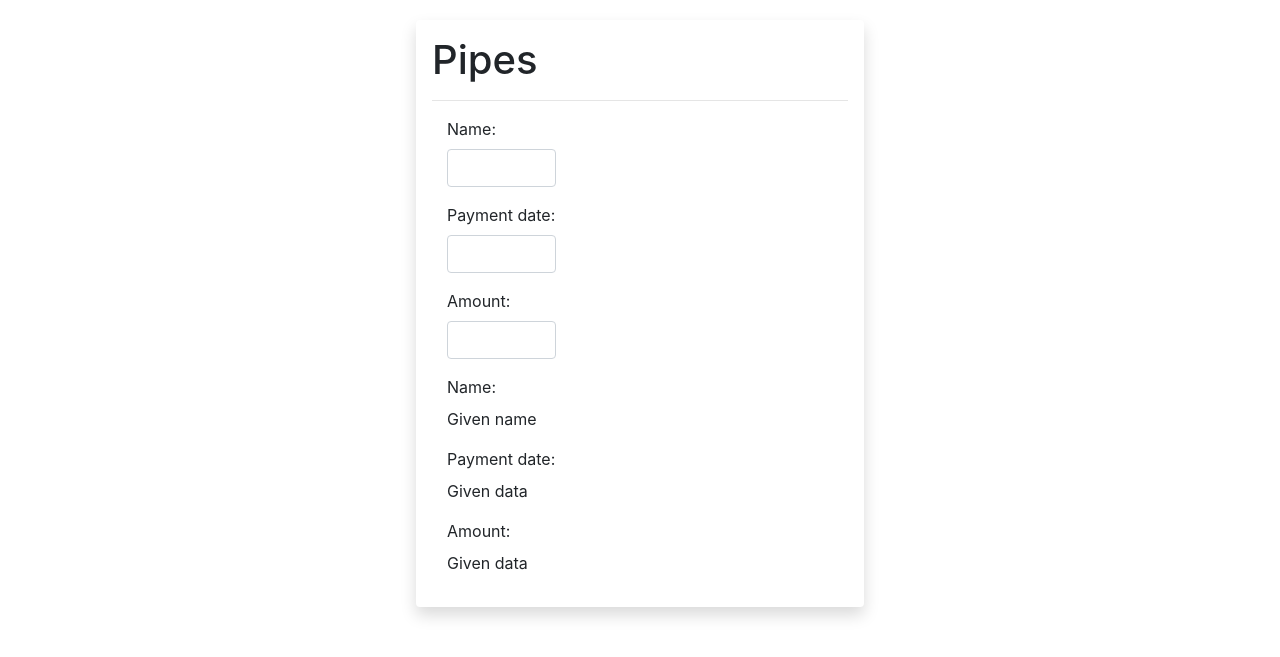
Repository: Evincars/udemy-angular
Page: / (app in pipes/)
The author's editor kept a copy of each file at every save. The page is drawn from the files as they stood at one save, then again after the next save.
The browser window is 1280 px wide. The pictures show the whole page.
The project was rebuilt for these pictures with package versions that can differ from the ones it lists, and the page was loaded fresh each time. Also part of the build but not shown: pipes/angular.json.

Above is the page before, as saved 2020-04-05 10:15:23.

After the next save:
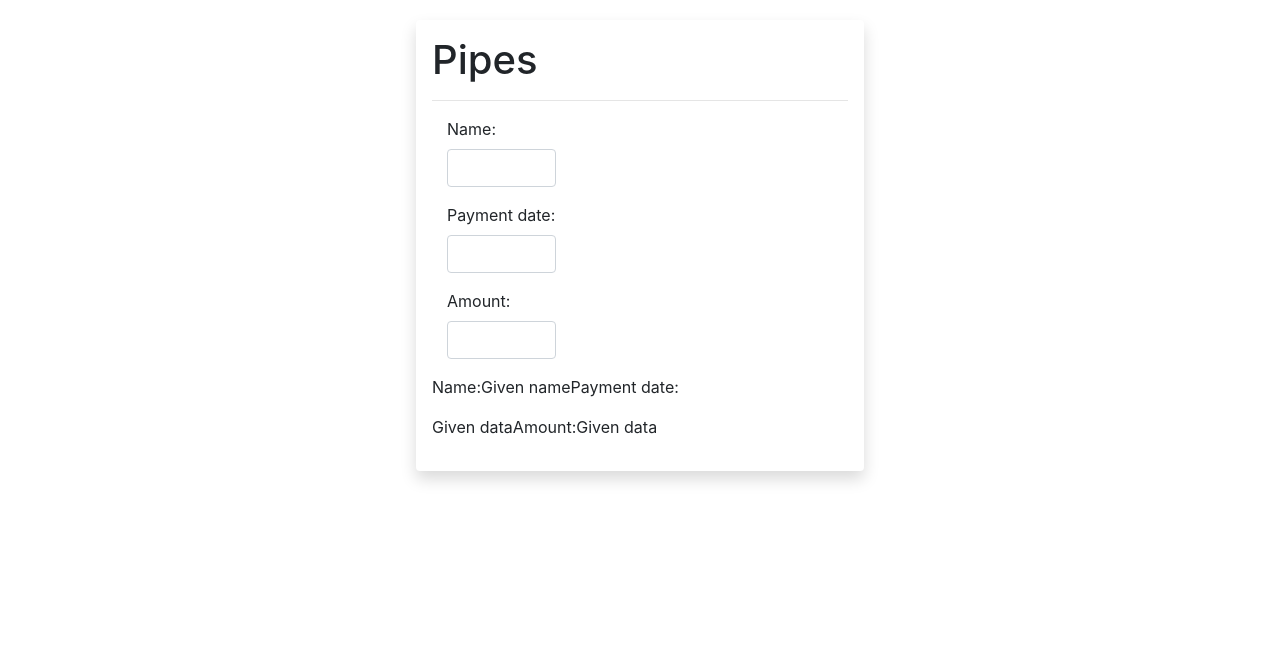
Saved 14 s later.
--- a/pipes/src/app/app.component.html
+++ b/pipes/src/app/app.component.html
@@ -18,11 +18,14 @@
     <!-- </form> -->
   </div>
   <div class="col-md-8">
+    <div class="row">
       <label>Name:</label>
       <p>Given name</p>
       <label>Payment date:</label>
       <p>Given data</p>
       <label>Amount:</label>
       <p>Given data</p>
+
+    </div>
   </div>
 </div>

After the save that followed:
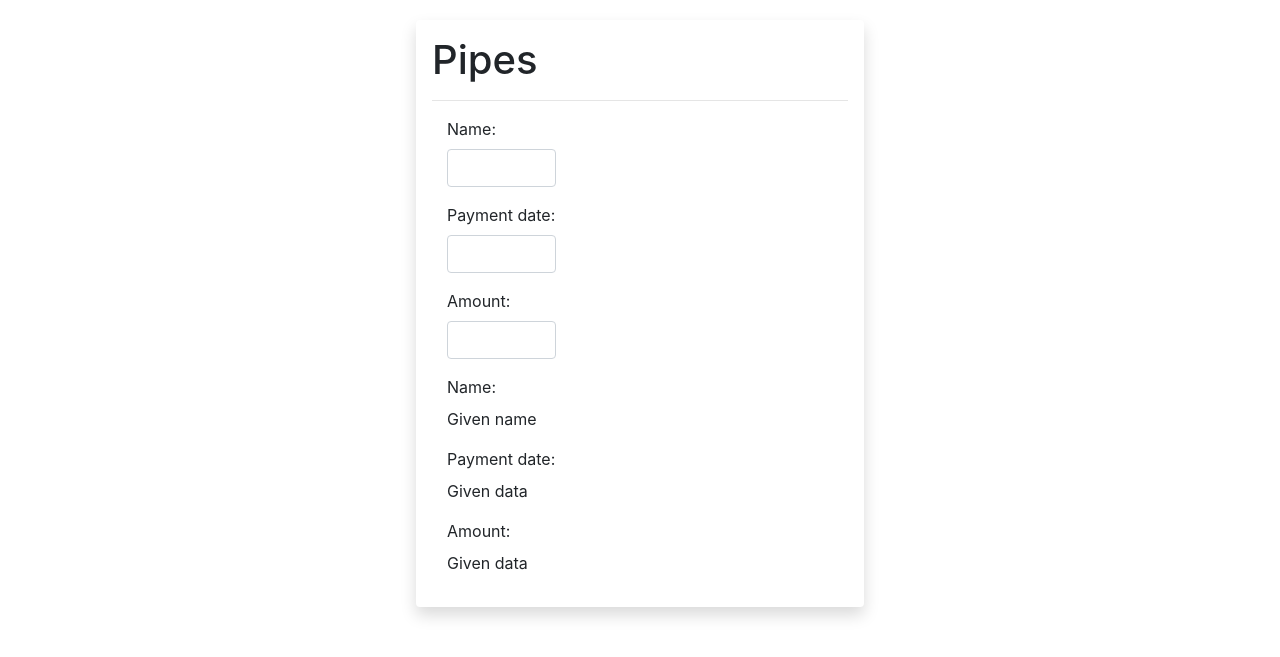
Saved 30 s later.
--- a/pipes/src/app/app.component.html
+++ b/pipes/src/app/app.component.html
@@ -1,31 +1,32 @@
 <div class="container shadow p-3 mb-5 bg-white rounded">
   <h1>Pipes</h1>
-  <hr>
+  <hr />
   <div class="col-md-4">
     <!-- <form> -->
-      <div class="form-group">
-        <label>Name:</label>
-        <input type="text" class="form-control" (input)="onNameChange($event.target.value)" />
-      </div>
-      <div class="form-group">
-        <label>Payment date:</label>
-        <input type="text" class="form-control" />
-      </div>
-      <div class="form-group">
-        <label>Amount:</label>
-        <input type="text" class="form-control" />
-      </div>
+    <div class="form-group">
+      <label>Name:</label>
+      <input
+        type="text"
+        class="form-control"
+        (input)="onNameChange($event.target.value)"
+      />
+    </div>
+    <div class="form-group">
+      <label>Payment date:</label>
+      <input type="text" class="form-control" />
+    </div>
+    <div class="form-group">
+      <label>Amount:</label>
+      <input type="text" class="form-control" />
+    </div>
     <!-- </form> -->
   </div>
   <div class="col-md-8">
-    <div class="row">
-      <label>Name:</label>
-      <p>Given name</p>
-      <label>Payment date:</label>
-      <p>Given data</p>
-      <label>Amount:</label>
-      <p>Given data</p>
-
-    </div>
+    <label>Name:</label>
+    <p>Given name</p>
+    <label>Payment date:</label>
+    <p>Given data</p>
+    <label>Amount:</label>
+    <p>Given data</p>
   </div>
 </div>
